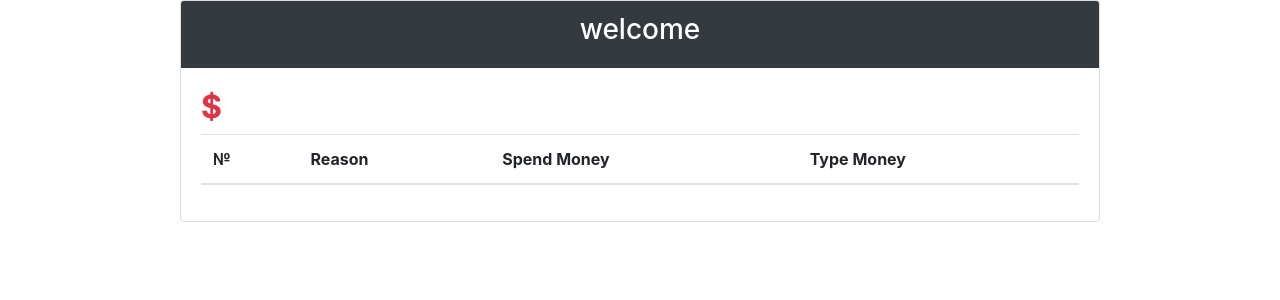
Repository: surefaceJS/allMyWorkInaliLinux
Page: hardcha/index.html
The author's editor kept a copy of each file at every save. The page is drawn from the files as they stood at one save, then again after the next save.
The browser window is 1280 px wide. The pictures show the whole page.

Above is the page before, as saved 2021-04-19 11:37:15.

After the next save:
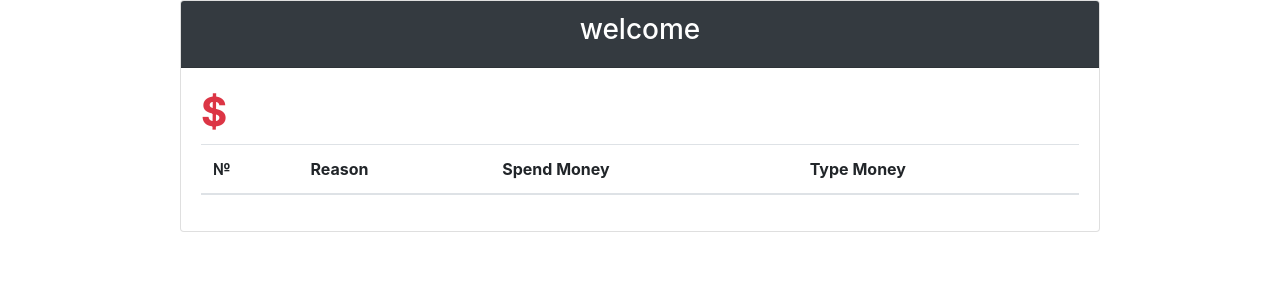
Saved 15 s later.
--- a/hardcha/index.html
+++ b/hardcha/index.html
@@ -24,7 +24,7 @@
                         <h3>welcome <span id="pushName"></span> </h3>
                     </div>
                     <div class="card-body">
-                        <h2 class="text-danger text-uppercase font-intel-bold" id="pushMonay"><span>$</span></h2>
+                        <h1 class="text-danger text-uppercase font-intel-bold" id="pushMonay"><span>$</span></h1>
 
                         <table class="table table-hover table-striped">
                             <thead>
